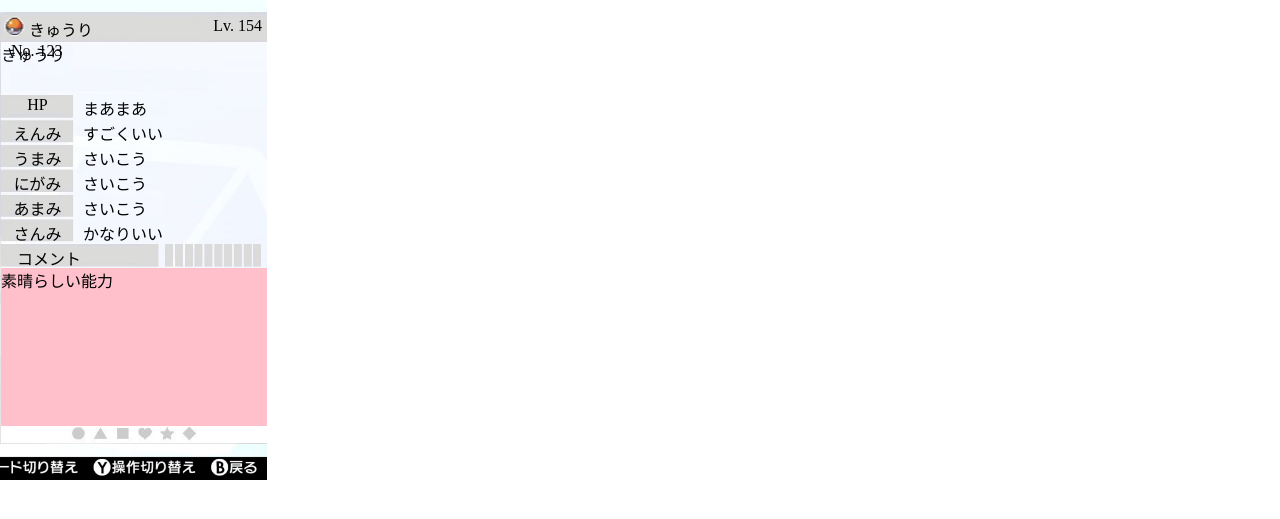
Repository: Hikaru-Ichikawa/POKEMON-FOOD
Page: info-foods/detail-framework.html
The author's editor kept a record of every edit. The page is drawn from the files as they stood at one moment, then again after the next edit.
The browser window is 1280 px wide. The pictures show the whole page.

Above is the page before.

### info-foods/detail-framework.html
<!DOCTYPE html>
<html lang="en">
<head>
    <meta charset="UTF-8">
    <meta name="viewport" content="width=device-width, initial-scale=1.0">
    <meta http-equiv="X-UA-Compatible" content="ie=edge">
    <title>Document</title>
    <link rel='stylesheet' href='../stylesheet.css'>
</head>
<body>
    <div id='detail'>
        <div id='detail-box'>
            <div id='character'>
                <div id='character-name-image'>
                </div>
                <div id='character-name'>
                    きゅうり
                </div>
                <div id='character-lv'>
                    154
                </div>

            </div>
            <div id='detail-contents'>
                <div id='identity'>
                    <div class='number'>
                        123
                    </div>
                    <div class='name'>
                        きゅうり
                    </div>
                </div>
                <div id='properties'>
                    <div class='property'>
                        <div class='property-title'>
                            HP
                        </div>
                        <div class='property-score'>
                            まあまあ
                        </div>
                    </div>

                    <div class='property'>
                        <div class='property-title'>
                            えんみ
                        </div>
                        <div class='property-score'>
                            すごくいい
                        </div>
                    </div>

                    <div class='property'>
                        <div class='property-title'>
                            うまみ
                        </div>
                        <div class='property-score'>
                            さいこう
                        </div>
                    </div>

                    <div class='property'>
                        <div class='property-title'>
                            にがみ
                        </div>
                        <div class='property-score'>
                            さいこう
                        </div>
                    </div>

                    <div class='property'>
                        <div class='property-title'>
                            あまみ
                        </div>
                        <div class='property-score'>
                            さいこう
                        </div>
                    </div>

                    <div class='property'>
                        <div class='property-title'>
                            さんみ
                        </div>
                        <div class='property-score'>
                            かなりいい
                        </div>
                    </div>
                </div>
                <div class='detail-coment'>
                    <div class='coment-title'>
                        　コメント
                    </div>
                    <div class='coment-article'>
                        素晴らしい能力
                    </div>
                    <div class='coment-marker'>

                    </div>
                </div>
            </div>
        </div>
    </div>

</body>
</html>

### stylesheet.css
body{
    margin:0;
}

/*---------------select.html---------------*/

#select{
    width:600px;
    height:480px;
    background-image:url(pokemon-images/background-select.png);
    background-size:867px 480px;
    background-clip:border-box;
}

/*-------------head-----------------*/

#head1{
    position:absolute;
    display:flex;
    width:213px;
    height:28px;
    left:10px;
    background-color:red;
}

#head2{
    position:absolute;
    display:flex;
    width:213px;
    height:28px;
    left:298px;
    background-color:green;
}


.button-small img{
    box-sizing:border-box;
    margin:0;
    width:28px;
    height:28px;
}

.button-midium img{
    box-sizing: border-box;
    margin:0;
    width:74px;
    height:28px;
}


.button-large img{
    box-sizing:border-box;
    margin:0;
    width:120px;
    height:28px;
}

/*-----------------side------------------*/

#side{
    position:absolute;
    display:flex;
    flex-direction:column;
    width:170px;
    height:400px;
    left:22px;
    top:45px;
}

.side-title{
    margin-bottom: 7px;
    width:170px;
    height:31px;
    background-color:white;
    border-radius:15.5px;
    text-align:center;
    font-size:20px;

}

.side-contents{
    width:170px;
    height:53px;
    background-color:white;
    border-radius:27.5px;
    margin-top:7px;
    display:grid;
    grid-tenplate-rows:26.5px 26.5px;
    grid-tenplate-columns:53px 1fr;
    grid-template-areas:
    'image name'
    'image lv'
}

.side-contents-image{
    grid-area:image;
}

.side-contents-name{
    grid-area:name;

}

.side-contents-lv{
    grid-area:lv;
}

.side-contents-lv::before{
    content:'Lv.';
}

/*-----------main-------------*/

#main{
    position:absolute;
    width:362px;
    height:400px;
    left:219px;
    top:43px;

}

.main-title{
    margin:0 auto 11px 77px;
    width:230px;
    height:31px;
    border-radius:14px;
    background-color:none;

}

.main-title-left img{
    position:absolute;
    width:15px;
    height:15px;
    top:8px;
    left:78px;
}

.main-title-right img{
    position:absolute;
    width:15px;
    height:15px;
    top:8px;
    right:56px;
}

.main-title-center{
    position:absolute;
    width:150px;
    height:20px;
    top:5px;
    left:115px;
    font-size:18px;
    text-align:center;
    background-color:white;

}

.main-boxes{
    box-sizing:border-box;
    margin:0;
    width:362px;
    height:303px;
    display:grid;
    grid-template-columns:60px 60px 60px 60px 60px 60px;

}

.main-boxes-box{
    width:54px;
    height:54px;
    margin:3.5px;

}

.main-boex-box img{
    width:54px;
    height:54px;
}

.main-foot{
    width:327px;
    height:32px;
    margin:23px auto 0 auto;
}

#main-all-view{
    position:absolute;
    left:16px;
    width:158px;
    height:31px;
    background-color:white;
    border-radius:15px;
}

#main-search{
    position:absolute;
    right:16px;
    width:158px;
    height:31px;
    background-color:white;
    border-radius:15px;
}


#foot1{
    position: absolute;
    top:459px;
    width:100%;
    height:20px;
    background-color:black;
}

.foot-img{
    position:absolute;
    left:12px;
}

.foot-text{
    position:absolute;
    left:55px;
    bottom:4px;
}

/*---------------detail.html---------------*/
#detail{
    width:267px;
    height:480px;
    background-image:url(pokemon-images/background-detail.png);
    background-size:267px 480px;
    background-clip:border-box;
}


/*---------------detail-box-------------------*/
#detail-box{
    position:absolute;
    width:267px;
    height:432px;
    top:12px;
    background-image:url(pokemon-images/detail-box.jpeg);
    background-size:267px 432px;
}

/*---------------name---------------*/
#character{
    position:absolute;
    width:267px;
    height:29px;
    top:0;
}

#character-name-image{
    position:absolute;

}

#character-name{
    position: absolute;
    top:5px;
    left:29px;
}

#character-name-image::before{
    content:'';
    display:inline-block;
    width:29px;
    height:29px;
    background-image:url(pokemon-images/poke-ball.png);
    background-size:29px 29px;

}

#character-lv{
    position:absolute;
    top:5px;
    right:5px;
}

#character-lv::before{
    content:'Lv.'
}

/*---------------detail-contents--------------*/
#detail-contents{
    position:absolute;
    width:266px;
    height:404px;
    top:30px;
    left:1px;
}

/*--------------identity----------------*/
#identity{
    width:267px;
    height:27px;
}

#identity .number{
    position:absolute;
    left:10px;
    width:70px;
    height:27px;
}

#identity .number::before{
    content:'No.';
}

#identity .name{

}

/*---------------properties-----------------------*/
#properties{
    position:absolute;
    width:266px;
    height:150px;
    top:54px;
}

.property{
    height:25px;
    width:266px;
}

.property-title{
    float:left;
    text-align:center;
    width:73px;
    height:22px;;
}

.property-score{
    float:left;
    width:193px;
    height:22px;
}

.property-score::before{
    content:'';
    display:inline-block;
    width:5px;
}

/*----------------coment------------------------*/

.detail-coment{
    position:absolute;
    bottom:0;
    width:266px;
    height:200px;
}

.coment-title{
    width:266px;
    height:22px;
}

.coment-article{
    width:266px;
    height:158px;
    background-color:pink;
}


.coment-marker{
    width:266px;
    height:20px;

}

/*-------------foot2----------------*/
#foot2{
    position:absolute;
    top:459px;
    width:267px;
    height:20px;
    background-color:black;
}

After the next edit:
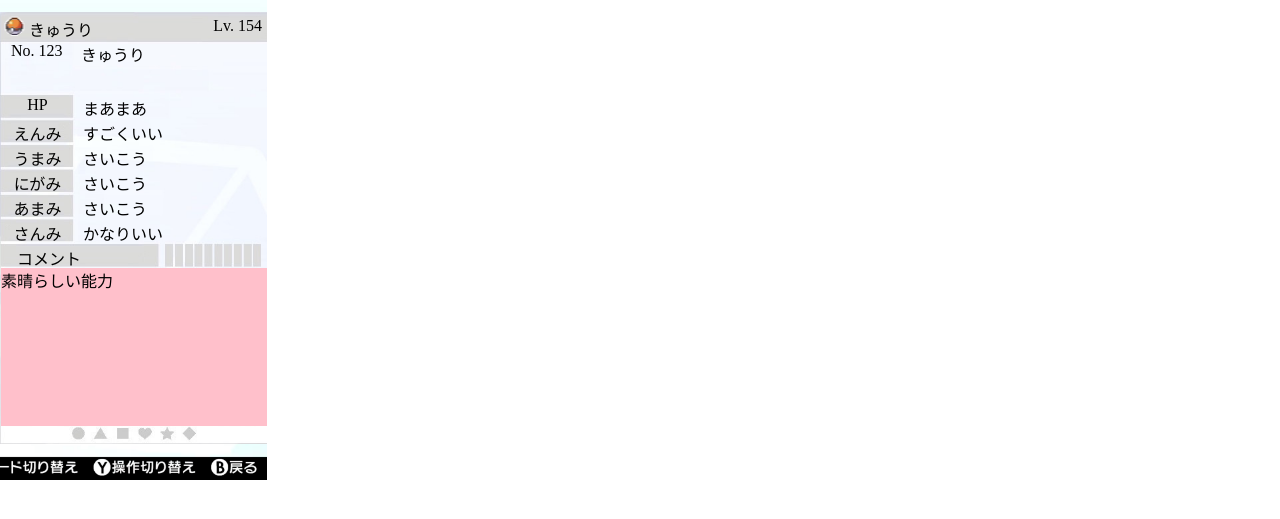
The edit:
--- a/stylesheet.css
+++ b/stylesheet.css
@@ -309,7 +309,10 @@
 }
 
 #identity .name{
-
+    position:absolute;
+    left:80px;
+    width:187px;
+    height:27px;
 }
 
 /*---------------properties-----------------------*/
